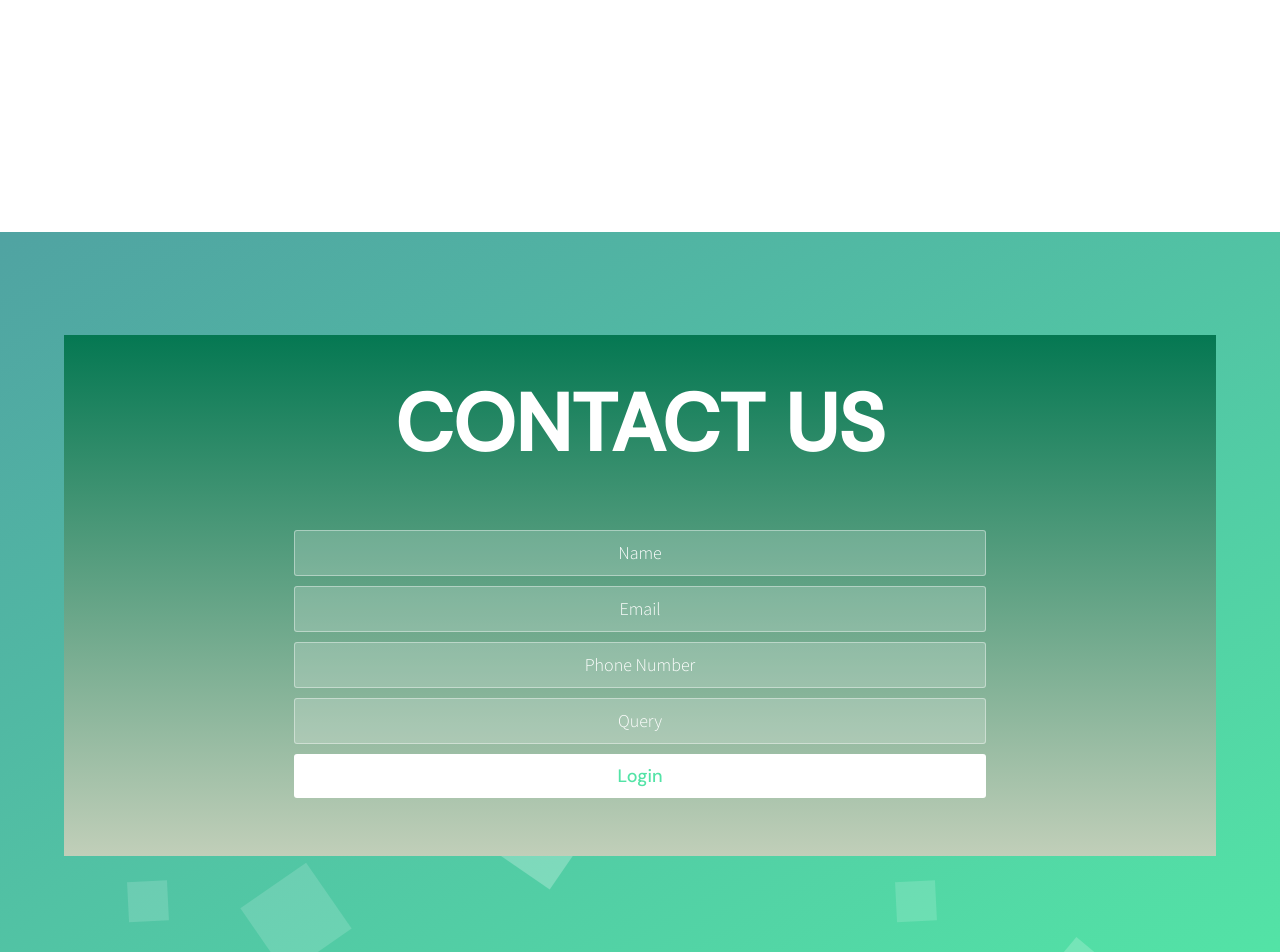
Repository: Jrap-bit/PeriodofSharing
Page: index.html
These files come from the project's save history. The page is drawn as it stood at one moment and after the next save; the edit follows.
The browser window is 1280 px wide. The pictures show the part of the page from y = 1325 to 2277 px (the page is 2277 px tall).

Above is the page before, as saved 2022-01-16 01:27:22.

### index.html
<!DOCTYPE html>
<html lang="en">
  <head>
    <meta charset="UTF-8" />
    <meta http-equiv="X-UA-Compatible" content="IE=edge" />
    <meta name="viewport" content="width=device-width, initial-scale=1.0" />
    <link rel="stylesheet" href="style.css" />
    <title>#PeriodofSharing</title>
  </head>
  <body>
    <nav>
      <div class="logo">
          <a href="#" class = "brand-title">Brand Name</a>
      </div>
      <ul>
          <li>
              <a href="#">Home</a>
          </li>
          <li>
              <a href="#">
              About
          </a>
          </li>
          <li>
              <a href="#">
              Contact
          </a>
          </li>
      </ul>
  </nav>
    <div id="Home" class="home">
      <h1>#PeriodofSharing</h1>
      <p>
        For every 30 Rupees that you donate, we will purchase one packet of sofy
        sanitary napkins that contain 8 pads. This packet of sanitary napkins
        will be distributed for free to girls in Govt. schools, slums,
        orphanages in the age group of 12 to 20.
      </p>
      <div>
        <a href="Donate.html"><button class="donate-button">Donate</button></a>
      </div>
    </div>
    <div id="About" class="about">
      <p>
        At any given time, girls across India cannot afford sanitary napkins.
        Instead they use cloth, grass, newspapers and other unhygienic materials
        that increase their risk of contracting infections. It is estimated that
        over 80% of all women in India do not have access to sanitary products
        during menstruation.
      </p>
      <p>
        Female menstruation is still considered a social taboo and as such, 9
        out of 10 girls are unaware of their menstrual cycles. The ones who are
        aware of it are not open to talking about it.
      </p>
      <p>
        Those who purchase their own sanitary products are all too familiar with
        their products being wrapped in paper to “shield” the public from any
        knowledge of the existence of a period.
      </p>
      <p>
        Our mission is to raise awareness on gender issues and bring it out in
        the open. Through our programs, we teach young girls that their
        menstrual cycles are natural, a sign of good reproductive health and is
        something they have in common with girls in countries worldwide!
        Furthermore, we hold sessions with the mothers of the girls to bring the
        topic of menstruation out into the open, allow them to ask questions and
        look at menstruation for the natural and healthy process it is.
      </p>
    </div>
    <div class="contact" id="Contact">
      <div class="wrapper">
        <div class="container">
          <form class="form">
            <h1 class="form-header">CONTACT US</h1>
            <input type="text" placeholder="Name" />
            <input type="text" placeholder="Email" />
            <input type="text" placeholder="Phone Number" />
            <input type="text" placeholder="Query" />
            <button type="submit" id="login-button">Login</button>
          </form>
        </div>
        <ul class="bg-bubbles">
          <li></li>
          <li></li>
          <li></li>
          <li></li>
          <li></li>
          <li></li>
          <li></li>
          <li></li>
          <li></li>
          <li></li>
      </ul>
      </div>
    </div>
  </body>
</html>

### style.css
@import url('https://fonts.googleapis.com/css2?family=DM+Sans:wght@500&display=swap');
@import url('https://fonts.googleapis.com/css2?family=Bebas+Neue&family=Lobster&family=Permanent+Marker&display=swap');
@import url('https://fonts.googleapis.com/css?family=Source+Sans+Pro:200,300');


* {
    box-sizing: border-box;
    font-family: 'DM Sans', sans-serif;
    font-weight: 300;
}

body {
    margin: 0;
    padding: 0;
    font-family: 'Source Sans Pro', sans-serif;
	 color: black;
	 font-weight: 300;
}

body ::-webkit-input-placeholder {
    font-family: 'Source Sans Pro', sans-serif;
    color: white;
    font-weight: 300;
}
body :-moz-placeholder {
    font-family: 'Source Sans Pro', sans-serif;
    color: white;
    opacity: 1;
    font-weight: 300;
}
body ::-moz-placeholder {
    font-family: 'Source Sans Pro', sans-serif;
    color: white;
    opacity: 1;
    font-weight: 300;
}
body :-ms-input-placeholder {
    font-family: 'Source Sans Pro', sans-serif;
    color: white;
    font-weight: 300;
}
.wrapper {
    background: #50a3a2;
    background: -webkit-linear-gradient(top left,#50a3a2 0%,#53e3a6 100%);
    background: -moz-linear-gradient(top left,#50a3a2 0%,#53e3a6 100%);
    background: -o-linear-gradient(top left,#50a3a2 0%,#53e3a6 100%);
    background: linear-gradient(to bottom right,#50a3a2 0%,#53e3a6 100%);
    position: absolute;
    left: 0;
    width: 100%;
    height: 100vh;
    overflow: hidden;
}
.wrapper.form-success .container h1 {
    transform: translateY(85px);
}
.container {
    max-width: 90%;
    margin: 8% auto;
    padding: 0px 0;
    height: 50%;
    text-align: center;
}

.form-header{
    font-family: 'DM Sans', sans-serif;
    color: #fff;
    margin-top: -20px;
    font-weight: 600;
    font-size: 5rem;
}

form {
    display:flexbox;
    justify-content: center;
    align-items: center;
    background: linear-gradient(rgba(1, 121, 91, 0.9), rgba(231, 231, 231, 0.8)), #286d00;
    padding: 5% 0;
    position: relative;
    z-index: 2;
}
form input {
    display: block;
    appearance: none;
    outline: 0;
    border: 1px solid rgba(255,255,255,0.4);
    background-color: rgba(255,255,255,0.2);
    width: 60%;
    border-radius: 3px;
    padding: 10px 15px;
    margin: 0 auto 10px auto;
    text-align: center;
    font-size: 18px;
    color: white;
    transition-duration: 0.25s;
    font-weight: 300;
}
form input:hover {
    background-color: rgba(255,255,255,0.4);
}
form input:focus {
    background-color: white;
    width: 80%;
    color: #53e3a6;
}
form button {
    appearance: none;
    outline: 0;
    background-color: white;
    border: 0;
    padding: 10px 15px;
    color: #53e3a6;
    border-radius: 3px;
    width: 60%;
    cursor: pointer;
    font-size: 18px;
    transition-duration: 0.25s;
}
form button:hover {
    background-color: #f5f7f9;
}

html{
    scroll-behavior: smooth;
}

.donate-button{
    appearance: none;
    outline: 0;
    background-color: white;
    border: 0;
    padding: 10px 15px;
    color: #53e3a6;
    border-radius: 3px;
    width: 250px;
    cursor: pointer;
    font-size: 18px;
    transition-duration: 0.25s;
}
.donate-button:hover{
    background-color: #f5f7f9;
}

.brand-title{
    font-family: 'Lobster', cursive;
    font-size: 3rem;
    margin: 10px 50px;
    margin-bottom: 15px;
    margin-left: 2%;

}

nav a{
    text-decoration: none;
    color: white;
}
nav a::after{
    text-decoration: none;
}

nav {
    padding-left: 100px;
    padding-right: 100px;
}

nav,
nav ul {
    display: flex;
    justify-content: space-around;
    align-items: center;
    width: 100%;
}

nav {
    background-color: #283646;
    height: 80px;
}

nav ul li {
    font-size: 1.3rem;
    font-family: 'Montserrat', sans-serif;
    list-style-type: none;
}

nav ul li a {
    text-decoration: none;
    color: white;
}

nav ul li a:hover {
    color: yellowgreen;
}

@media only screen and (max-width: 768px) {
    nav {
        padding: unset !important
    }
}

@media only screen and (max-width: 576px) {
    nav,
    nav ul {
        height: auto;
        display: flex;
        flex-flow: column wrap;
    }
    nav ul li {
        width: 100%;
    }
    nav ul li a {
        width: 100%;
        display: flex;
        align-items: center;
        justify-content: center;
        width: 100%;
        height: 50px;
    }
    nav ul li a:hover {
        color: white;
        background-color: yellowgreen;
    }
}


.about{
    height: 100vh;

}

.home{
    height: 100vh;
    background: url("https://csrbox.org/full_stories_img/1528786858Sanitary%20Pad%20Donation%20(8).JPG");
    filter: brightness(40%)
}

.bg-bubbles {
    position: absolute;
    top: 0;
    left: 0;
    width: 100%;
    height: 100%;
    z-index: 1;
}
.bg-bubbles li {
    position: absolute;
    list-style: none;
    display: block;
    width: 40px;
    height: 40px;
    background-color: rgba(255,255,255,0.15);
    bottom: -160px;
    -webkit-animation: square 25s infinite;
    animation: square 25s infinite;
    -webkit-transition-timing-function: linear;
    transition-timing-function: linear;
}
.bg-bubbles li:nth-child(1) {
    left: 10%;
}
.bg-bubbles li:nth-child(2) {
    left: 20%;
    width: 80px;
    height: 80px;
    animation-delay: 2s;
    animation-duration: 17s;
}
.bg-bubbles li:nth-child(3) {
    left: 25%;
    animation-delay: 4s;
}
.bg-bubbles li:nth-child(4) {
    left: 40%;
    width: 60px;
    height: 60px;
    animation-duration: 22s;
    background-color: rgba(255,255,255,0.25);
}
.bg-bubbles li:nth-child(5) {
    left: 70%;
}
.bg-bubbles li:nth-child(6) {
    left: 80%;
    width: 120px;
    height: 120px;
    animation-delay: 3s;
    background-color: rgba(255,255,255,0.2);
}
.bg-bubbles li:nth-child(7) {
    left: 32%;
    width: 160px;
    height: 160px;
    animation-delay: 7s;
}
.bg-bubbles li:nth-child(8) {
    left: 55%;
    width: 20px;
    height: 20px;
    animation-delay: 15s;
    animation-duration: 40s;
}
.bg-bubbles li:nth-child(9) {
    left: 25%;
    width: 10px;
    height: 10px;
    animation-delay: 2s;
    animation-duration: 40s;
    background-color: rgba(255,255,255,0.3);
}
.bg-bubbles li:nth-child(10) {
    left: 90%;
    width: 160px;
    height: 160px;
    animation-delay: 11s;
}
@-webkit-keyframes square {
    0% {
        transform: translateY(0);
   }
    100% {
        transform: translateY(-700px) rotate(600deg);
   }
}
@keyframes square {
    0% {
        transform: translateY(0);
   }
    100% {
        transform: translateY(-700px) rotate(600deg);
   }
}

After the next save:
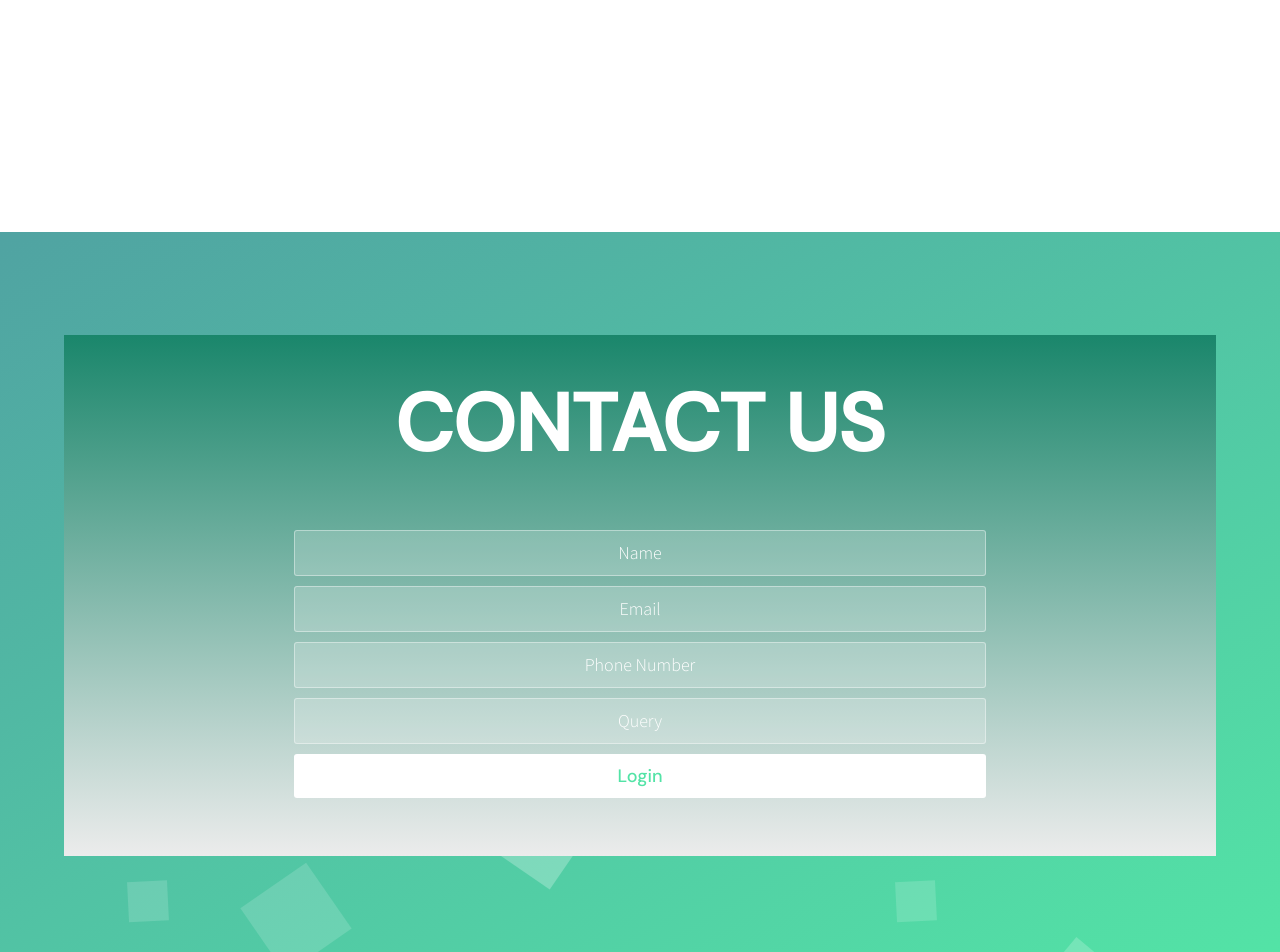
Saved 7 s later.
--- a/style.css
+++ b/style.css
@@ -74,7 +74,7 @@ form {
     display:flexbox;
     justify-content: center;
     align-items: center;
-    background: linear-gradient(rgba(1, 121, 91, 0.9), rgba(231, 231, 231, 0.8)), #286d00;
+    background: linear-gradient(rgba(1, 121, 91, 0.9), rgba(231, 231, 231, 0.8)), #ffffff;
     padding: 5% 0;
     position: relative;
     z-index: 2;
